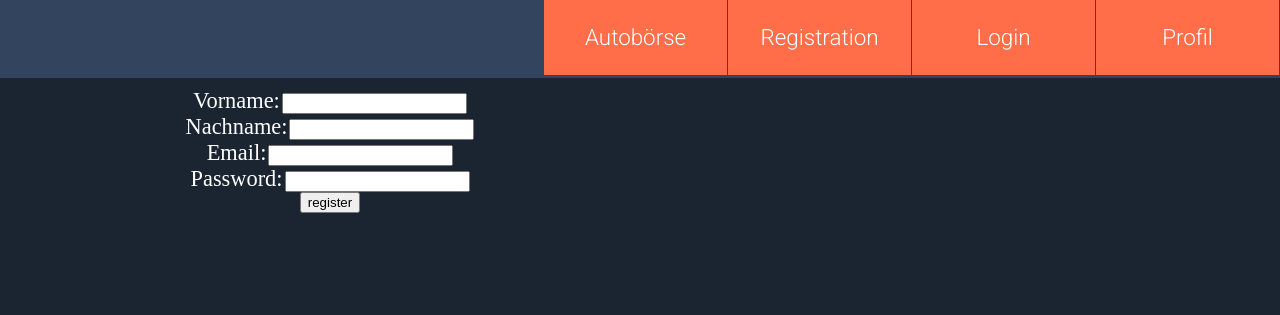
Repository: Turkelten/CarAdminstration
Page: http://localhost/Autobörse/registration.html
The author's editor kept a copy of each file at every save. The page is drawn from the files as they stood at one save, then again after the next save.
The browser window is 1280 px wide. The pictures show the whole page.
The page is served by Tomcat 9. Other server files are loaded and not shown.

Above is the page before, as saved 2020-07-18 18:32:31.

### Autobörse/WebContent/registration.html
<!DOCTYPE html>
<html>
<head>
	<meta name="viewport" content="width=device-width, initial-scale=1.0" charset="ISO-8859-1">
	<title>Autobörse</title>
	<link href="https://fonts.googleapis.com/css2?family=Roboto+Slab:wght@300&family=Roboto:wght@300&display=swap" rel="stylesheet">
	<link href="style.css" rel="stylesheet">
</head>
<body>
	<header>
		<nav id="normal">
			<ul>
			  	<li ><a href="index.html">Autobörse</a></li>
			  	<li ><a class="active" href="registration.html">Registration</a></li>
			  	<li ><a class="active" onclick="document.getElementById('id01').style.display='block'">Login</a></li>
			  	<li ><a class="active" href="userprofil.html">Profil</a>
			  		<ul>
			  			<li ><a onclick="document.getElementById('profildaten').style.display='block'">Daten</a></li>
				  		<li ><a onclick="">Inserat erstellen</a></li>
				  		<li ><a class="active" href="LogoutServlet">Logout</a></li>
			 		</ul>
			  	</li>
			</ul>
		</nav>

		<nav id="mobile">
			<div id="menu">Menü</div>
			<ul>
			  	<li ><a href="index.html">Autobörse</a></li>
			  	<li ><a class="active" href="registration.html">Registration</a></li>
			  	<li ><a class="active" onclick="document.getElementById('id01').style.display='block'">Login</a></li>
			  	<li ><a class="active" href="userprofil.html">Profil</a>
			  		<ul>
			  			<li ><a onclick="document.getElementById('profildaten').style.display='block'">Daten</a></li>
				  		<li ><a onclick="">Inserat erstellen</a></li>
				  		<li ><a class="active" href="LogoutServlet">Logout</a></li>
			 		</ul>
			  	</li>
			</ul>
		</nav>
	</header>

	<div class="page">
		<div class="registration">
			<form method="post" action="register">
				 	<a>Vorname:</a>		<input class="inputregister" type="text" name="firstname" /><br/>
			    	<a>Nachname:</a>	<input class="inputregister" type="text" name="lastname" 	/><br/>
					<a>Email:</a>		<input class="inputregister" type="text" name="email" 	/><br/>
			       	<a>Password:</a>	<input class="inputregister" type="password" name="pass" 	/><br/>
			       <input type="submit" value="register" />
		   	</form>
	   	</div>
   	</div>
</body>
</html>

### Autobörse/WebContent/style.css
body,
html {
  background: #1b2431;
  margin: 0;
  padding: 0;
  font-size: 100%;
  color: white;
}

@media screen and (max-width: 600px) {
  body,
  html {
    font-size: 48%;
  }
}

@media screen and (min-width: 600px) {
  body,
  html {
    font-size: 53%;
  }
}

@media screen and (min-width: 800px) {
  body,
  html {
    font-size: 57%;
  }
}

@media screen and (min-width: 1200px) {
  body,
  html {
    font-size: 70%;
  }
}

header {
  background: #33455e;
  position: fixed;
  top: 0;
  width: 100%;
  text-align: right;
  transition: 200ms all;
  height: 7rem;
}

header nav#normal {
  color: #c8354e;
  display: inline-block;
}

@media screen and (max-width: 800px) {
  header nav#normal {
    display: none;
  }
}

header nav#normal ul {
  margin: 0;
  padding: 0;
  transition: all 300ms;
  display: inline-block;
}

header nav#normal ul li {
  margin: 0;
  padding: 0;
  float: left;
  list-style: none;
  position: relative;
  transition: all 300ms;
}

header nav#normal ul li a {
  display: inline-block;
  padding: 2.17rem;
  float: left;
  min-width: 12rem;
  text-align: center;
  font-size: 2rem;
  color: #fff;
  margin: 0 1px 0 0;
  text-decoration: none;
  background: #ff6e48;
  font-weight: 300;
  transition: all 300ms;
  font-family: "Roboto", sans-serif;
}

header nav#normal ul li:hover > a {
  background: #d85d3c;
}

header nav#normal ul li ul {
  overflow: hidden;
  position: absolute;
  top: 100%;
  left: 0;
  width: 100%;
  transition: 300ms all;
  max-height: 0;
}

header nav#normal ul li ul li {
  border-bottom: 1px solid #8c1e31;
}

header nav#normal ul li:hover > ul {
  max-height: 700px;
}

header nav#mobile {
  color: #c8354e;
  display: none;
}

@media screen and (max-width: 800px) {
  header nav#mobile {
    display: block;
  }
}

header nav #menu {
  padding: 2.17rem 5% 2.17rem 5%;
  float: left;
  width: 90%;
  text-align: center;
  font-size: 2rem;
  color: #fff;
  cursor: pointer;
  font-weight: 300;
  transition: all 500ms;
  font-family: "Roboto", sans-serif;
}

header nav#mobile ul {
  width: 100%;
  margin: 0;
  padding: 0;
  max-height: 0;
  transition: all 500ms;
  overflow: hidden;
  float: left;
}

header nav#mobile:hover > ul {
  max-height: 800px;
}

header nav#mobile ul li {
  margin: 0;
  padding: 0;
  float: left;
  width: 100%;
  list-style: none;
  position: relative;
  transition: all 500ms;
}

header nav#mobile ul li a {
  display: inline-block;
  padding: 2.17rem 5% 2.17rem 5%;
  float: left;
  min-width: 12rem;
  width: 90%;
  text-align: center;
  font-size: 2rem;
  color: #fff;
  text-decoration: none;
  background: #c8354e;
  font-weight: 300;
  transition: all 500ms;
  font-family: "Roboto", sans-serif;
}

header nav#mobile ul li:hover > a {
  background: #8c1e31;
}

header nav#mobile ul li ul {
  width: 100%;
  transition: all 500ms;
  max-height: 0;
  overflow: hidden;
  float: left;
}

header nav#mobile ul li ul li {
  display: block;
  float: left;
  background: #8c1e31;
  transition: all 500ms;
}

header nav#mobile ul li ul li a {
  background: #8c1e31;
}

header nav#mobile ul li:hover > ul {
  max-height: 500px;
}

.page {
  	position:fixed;
    padding:0;
    margin:0;

    top:7rem;
    left:0;

    width: 100%;
    height: 100%;
}

.registration {
	text-align: center;
	margin-bottom: auto;
	padding: 10px;
	width: 50%;
    height: 50%;
    top: 10rem;
}

.registration form {
	width: 100%;
    height: 100%;
}

.registration a {
	font-size: 2rem;
	text-align: left;
}

After the next save:
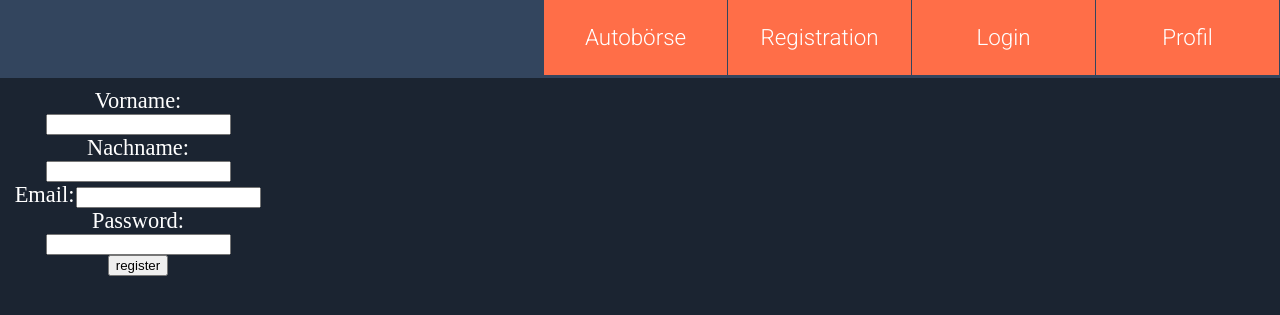
Saved 21 s later.
--- a/Autobörse/WebContent/style.css
+++ b/Autobörse/WebContent/style.css
@@ -217,8 +217,8 @@ header nav#mobile ul li:hover > ul {
 	text-align: center;
 	margin-bottom: auto;
 	padding: 10px;
-	width: 50%;
-    height: 50%;
+	width: 20%;
+    height: 20%;
     top: 10rem;
 }
 
